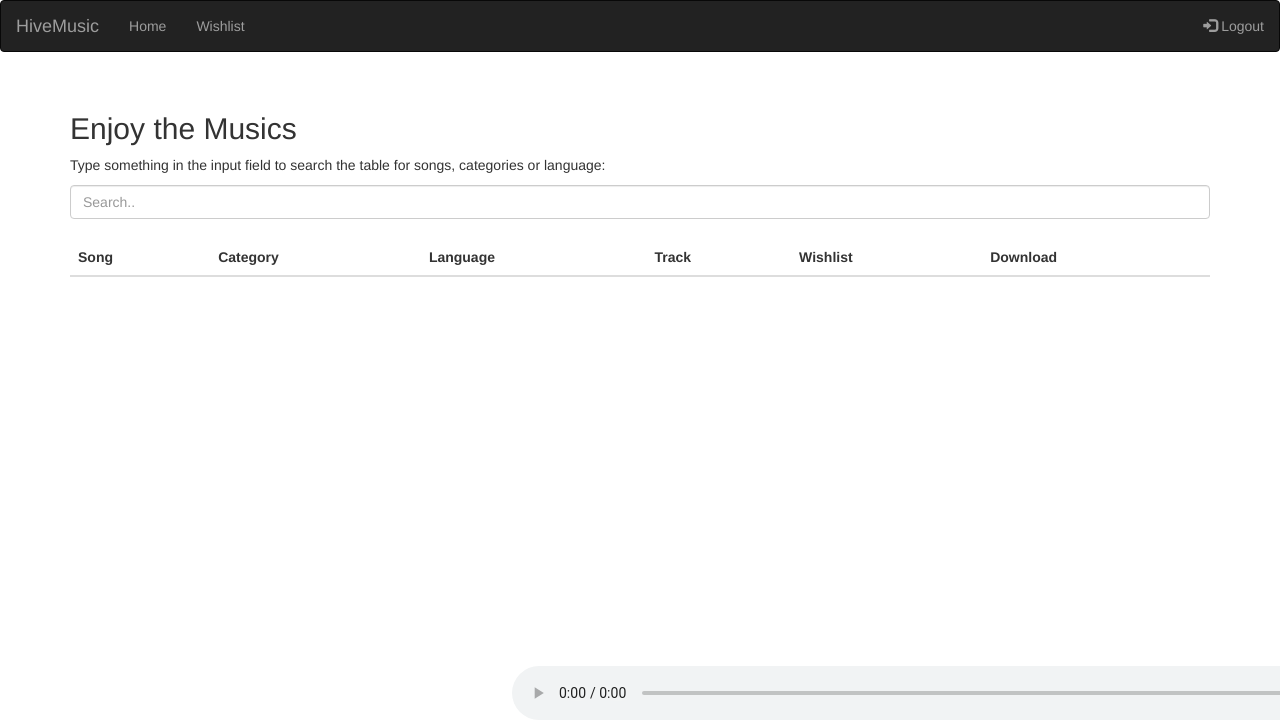
Repository: Zeocode/Online_Music_Platform
Page: http://localhost/Project1/getmusicUController
These files come from the project's save history. The page is drawn as it stood at one moment and after the next save; the edit follows.
The browser window is 1280 px wide. The pictures show the whole page.
The page is served by Tomcat 9. Other server files are loaded and not shown. Queries for data that is not in the repository find no rows.

Above is the page before, as saved 2020-08-31 20:36:39.

### Project1/src/main/webapp/musicUDatabase.jsp
<%@ page language="java" contentType="text/html; charset=UTF-8"
    pageEncoding="UTF-8"%>
<%@ page import="java.sql.*" %>
<%
	ResultSet rs = (ResultSet)request.getAttribute("table");
%>
<!DOCTYPE html>
<html>
<head>
<meta charset="UTF-8">
<title>Database</title>
<meta name="viewport" content="width=device-width, initial-scale=1">
  <link rel="stylesheet" href="https://maxcdn.bootstrapcdn.com/bootstrap/3.4.1/css/bootstrap.min.css">
  <script src="https://ajax.googleapis.com/ajax/libs/jquery/3.5.1/jquery.min.js"></script>
  <script src="https://maxcdn.bootstrapcdn.com/bootstrap/3.4.1/js/bootstrap.min.js"></script>
  <style>
	#player{
		position:fixed;
		bottom:0%;
		left:40%;
		width:100%;
}

  </style>
</head>
<body>
<nav class="navbar navbar-inverse">
  <div class="container-fluid">
    <div class="navbar-header">
      <button type="button" class="navbar-toggle" data-toggle="collapse" data-target="#myNavbar">
        <span class="icon-bar"></span>
        <span class="icon-bar"></span>
        <span class="icon-bar"></span>
      </button>

      <a class="navbar-brand" href="#">HiveMusic</a>

    </div>
      <ul class="nav navbar-nav">
        <li><a href="getmusicUController">Home</a></li>
        <li><a href="">Wishlist</a></li>
      </ul>
      <ul class="nav navbar-nav navbar-right">
        <li><a href="logout.jsp"><span class="glyphicon glyphicon-log-in"></span> Logout</a></li>
      </ul>
    </div>

</nav>
 <div class="container">
  <br>
  <h2>Enjoy the Musics</h2>
  <p>Type something in the input field to search the table for songs, categories or language:</p>
  <input class="form-control" id="myInput" type="text" placeholder="Search..">
  <br>
  <table class="table table-hover">
    <thead>
      <tr>
        <th>Song</th>
        <th>Category</th>
        <th>Language</th>
        <th>Track</th>
        <th>Wishlist</th>
        <th>Download</th>
      </tr>
    </thead>

    <tbody id="myTable">
    <%while(rs.next()) {
    %>
      <tr id="<%=rs.getString("id")%>" class="trowz" >
        <td><%=rs.getString("music_name") %></td>
        <td><%=rs.getString("category") %></td>
        <td><%=rs.getString("language") %></td>
        <td><button  class="btn btn-primary play" data-path="<%=rs.getString("path")%>" >Play</button> </td>
        <td>
        	<button  class="btn btn-primary wish" >Add</button>
        </td>
        <td>
        </td>
      </tr>
      <%} %>
    </tbody>
  </table>
  </div>
  <div id="aud">
  <audio controls id="player">
  			<source src="" type="audio/mpeg">
  </audio>
  </div>
  <script>
	$(document).ready(function(){
  	$("#myInput").on("keyup", function() {
    var value = $(this).val().toLowerCase();
    $("#myTable tr").filter(function() {
     $(this).toggle($(this).text().toLowerCase().indexOf(value) > -1)
    		});
  		});
	});

	$(document).ready(function(){
	  	$(".wish").click(function() {
	  	    if ($(this).text() == "Add") {
	  	        $(this).text("Remove");
	  	    } else {
	  	        $(this).text("Add");
	  	    };

			});
	});
	$(document).ready(function(){
	  	$(".play").click(function(){
		  	if($(this).text()=="Play")
			  	{
			  	$(".play").text("Play");
				$(this).text("Stop");
				var path = $(this).attr("data-path");
				$("#player").attr("src",path);
				$("#player").attr("autoplay","true");
				$("#player").load();
			  	}
		  	else
			  	{
		  		$("#player").attr("src","");
		  		$(this).text("Play");
			  	}
			});
	});
	</script>
	<!-- });
	$(document).ready(function(){
  	$(".wish").click(function() {
  	    if ($(this).text() == "Add") {
  	        $(this).text("Remove");
  	    } else {
  	        $(this).text("Add");
  	    };

	  	  });-->
  	<!--$('.icon-wishlist').on('click', function(){
  	  $(this).toggleClass('in-wishlist');
  	});-->

	<!--$(document).ready(function(){
  	$(".play").click(function(){
		$(this).text("Stop");
		});
	});-->

</body>
</html>

### Project1/src/com/Dutta/web/musicUController.java
package com.Dutta.web;

import java.io.IOException;
import java.sql.*;

import javax.servlet.RequestDispatcher;
import javax.servlet.ServletException;
import javax.servlet.http.HttpServlet;
import javax.servlet.http.HttpServletRequest;
import javax.servlet.http.HttpServletResponse;

import com.Dutta.web.dao.musicDAO;

/**
 * Servlet implementation class musicUController
 */
public class musicUController extends HttpServlet {
	private static final long serialVersionUID = 1L;

    /**
     * @see HttpServlet#HttpServlet()
     */
    public musicUController() {
        super();
        // TODO Auto-generated constructor stub
    }

	/**
	 * @see HttpServlet#doGet(HttpServletRequest request, HttpServletResponse response)
	 */
	protected void doGet(HttpServletRequest request, HttpServletResponse response) throws ServletException, IOException {
		// TODO Auto-generated method stub
		//response.getWriter().append("Served at: ").append(request.getContextPath());
		musicDAO dao = new musicDAO();
		ResultSet rs = dao.data();
		request.setAttribute("table", rs);
		RequestDispatcher rd = request.getRequestDispatcher("musicUDatabase.jsp");
		rd.forward(request, response);
	}

	/**
	 * @see HttpServlet#doPost(HttpServletRequest request, HttpServletResponse response)
	 */
	protected void doPost(HttpServletRequest request, HttpServletResponse response) throws ServletException, IOException {
		// TODO Auto-generated method stub
		doGet(request, response);
	}

}

### Project1/src/com/Dutta/web/dao/musicDAO.java
package com.Dutta.web.dao;

import java.sql.Connection;
import java.sql.DriverManager;
import java.sql.ResultSet;
import java.sql.Statement;
import com.Dutta.web.models.music;

public class musicDAO {
	public ResultSet data()
	{
		ResultSet rs;
		try
		{
			Class.forName("com.mysql.jdbc.Driver");
			Connection con = DriverManager.getConnection("jdbc:mysql://localhost:3306/details",
		            "root", "");


			Statement st = con.createStatement();
			rs=st.executeQuery("Select *from MUSIC");
			return(rs);
		}
		catch(Exception e)
		{
			System.out.println("Exception:"+e);
		}
		return(null);
	}
	public void addMusic(music obj)
	{

		try {
			Class.forName("com.mysql.jdbc.Driver");
			Connection con = DriverManager.getConnection("jdbc:mysql://localhost:3306/details","root", "");
			Statement st = con.createStatement();
			String SQL = "INSERT INTO MUSIC(music_name,category,language,path) VALUES('"+obj.getSongname()+"','"+obj.getCat()+"','"+obj.getLang()+"','"+obj.getPath()+"')";
			st.executeUpdate(SQL);
		}
		catch(Exception e) {
		   System.out.println("Error: unable to load driver class!"+e);
		   System.exit(1);
		}
	}
	public void delMusic(music obj)
	{
		try {
			Class.forName("com.mysql.jdbc.Driver");
			Connection con = DriverManager.getConnection("jdbc:mysql://localhost:3306/details","root", "");
			Statement st = con.createStatement();
			String SQL="delete from MUSIC where id='" + obj.getId() + "'";
			st.executeUpdate(SQL);
		}
		catch(Exception e) {
		   System.out.println("Error: unable to load driver class!"+e);
		   System.exit(1);
		}
	}




}

After the next save:
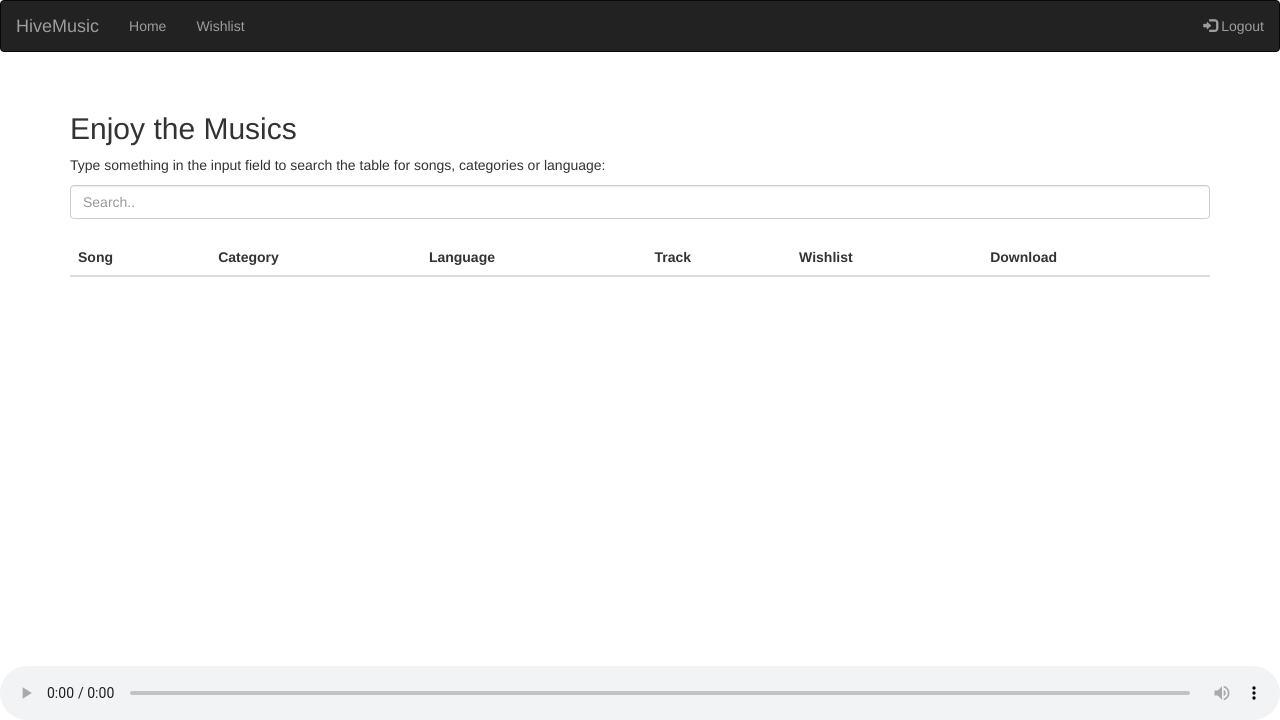
Saved 14 s later.
--- a/Project1/src/main/webapp/musicUDatabase.jsp
+++ b/Project1/src/main/webapp/musicUDatabase.jsp
@@ -17,7 +17,7 @@
 	#player{
 		position:fixed;
 		bottom:0%;
-		left:40%;
+		left:0%;
 		width:100%;
 }
 
